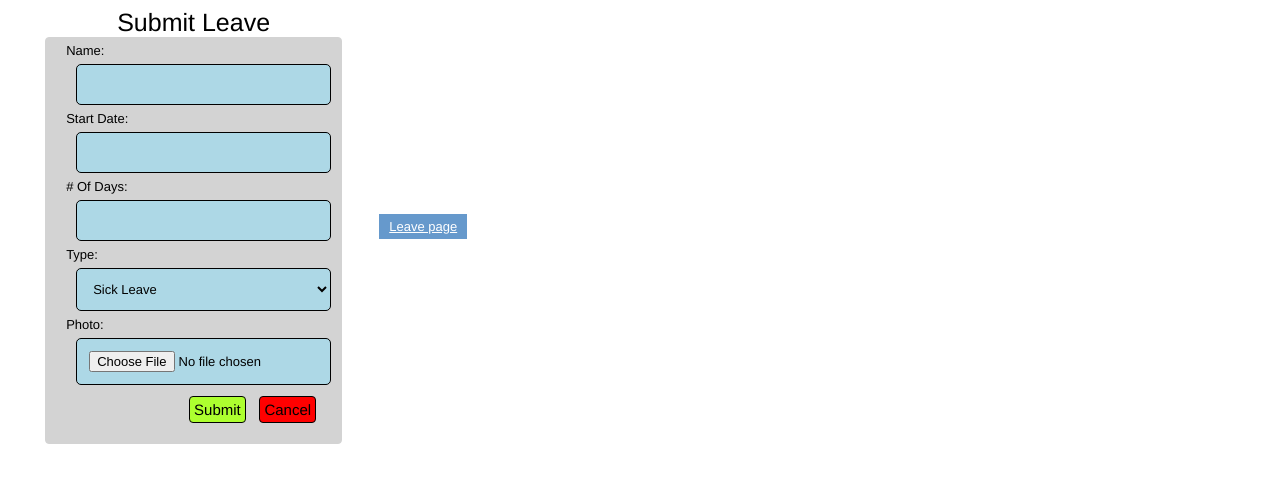
Repository: Murad71/BasicCRUD
Page: index.html
These files come from the project's save history. The page is drawn as it stood at one moment and after the next save; the edit follows.
The browser window is 1280 px wide. The pictures show the whole page.

Above is the page before, as saved 2023-04-18 20:23:35.

### index.html
<!DOCTYPE html>
<html lang="en">
  <head>
    <meta charset="UTF-8" />
    <meta http-equiv="X-UA-Compatible" content="IE=edge" />
    <meta name="viewport" content="width=device-width, initial-scale=1.0" />
    <link rel="stylesheet" href="index.css" />
    <title>Leave Request</title>
  </head>
  <body>
    <div class="flex1">
      <form id="form1">
        <header>Submit Leave</header>
        <div class="container">
          <label for="name">Name:</label>
          <input type="text" id="name" name="name" />
          <br />
          <label for="startdate">Start Date:</label>
          <input type="text" id="startdate" name="startdate" />
          <br />
          <label for="days"># Of Days:</label>
          <input type="text" id="days" name="days" />
          <br />
          <label for="leaves">Type:</label>
          <select id="leave" name="leaves" required>
            <option value="Sick leave">Sick Leave</option>
            <option value="Early leave">Early Leave</option>
            <option value="Vacation leave">Vacation Leave</option>
            <option value="Other">Other</option>
          </select>
          <br />
          <label for="photo">Photo:</label>
          <input type="file" id="photo" name="photo"/>
          <div class="button-container">
            <input type="submit" value="Submit" id="submitButton"/>
            <input type="reset" value="Cancel" class="cancel" />
          </div>
        </div>
      </form>
      <div class="anchorContainer">
        <a href="index1.html"> Leave page</a>
        <!--Added the hyperlink here-->
      </div>
    </div>
    <script src="script.js"></script>
  </body>
</html>

### index.css
* {
  box-sizing: border-box;
  font-family: "Franklin Gothic Medium", "Arial Narrow", Arial, sans-serif;
  font-size: small;
}

.flex1
{
  align-items: center;
  display: flex;
}

.container {
  background-color: lightgray;
  padding: 5px 20px 15px 20px;
  border: 1px solid lightgray;
  border-radius: 4px;
  /* display: flex;
  flex-direction: column; */
  margin: 0 auto;
  width: 80%;
}

header {
  font-size: 25px;
  text-align: center;
}

input[type="text"],
input[type="file"],
select,
textarea {
  width: 100%;
  padding: 12px;
  margin: 6px;
  border: 1px solid;
  border-radius: 5px;
  margin-left: 10px;
  background-color: lightblue;
}

.button-container {
  text-align: right;
}

input[type="submit"],
input[type="reset"] {
  font-size: 15px;
  border: 1px solid;
  margin: 5px;
  padding: 4px;
  background-color: greenyellow;
  border-radius: 4px;
}

input[type="reset"].cancel {
  background-color: red;
}

.anchorContainer {
  text-align: right;
}

a {
  display: inline-block;
  background: #69c;
  color: #fff;
  padding: 5px 10px;
}

### script.js
let storage=JSON.parse(localStorage.getItem('store')) || [];
let index=JSON.parse(localStorage.getItem('rIndex')) || null;
const submitButtonCatch=document.getElementById("submitButton");
const img= new Image();

//after clicking the submit button
submitButtonCatch.addEventListener("click",() =>{
    const form=document.getElementById("form1");
    let object={};
    let flag=true;

    object["id"]= Date.now();
    for(let i=0;i<form.length;i++)
    {
        if(form.elements[i].name=="photo")
        {
            object[form.elements[i].name]= img.src;
        }
        else
        {
            object[form.elements[i].name]=form.elements[i].value;
        }
        if(form.elements[i].value=='')
        {
            flag=false;
            alert("WARNING: Fill all the given Input correctly.");
            break;
        }
        if(form.elements[i].name=="days" && (form.elements[i].value>7 || form.elements[i].value<1))
        {
            flag=false;
            alert("WARNING: Enter a valid number for vacation");
            break;
        }
    }

    if(flag)
    {
        alert("Your data has been submitted Successfully!!");
        if(index!=null)
        {
            storage[index]=object;
            index=null;
        }
        else storage.push(object);


        localStorage.setItem('store',JSON.stringify(storage));
        localStorage.setItem('rIndex',JSON.stringify(index));
        form.reset();
    }
});


//base64 conversion
const fileEl= document.getElementById('photo');
fileEl.addEventListener('change', () =>{

    const fr= new FileReader();
    fr.readAsDataURL(fileEl.files[0]);

    fr.addEventListener('load', ()=>{

        const url= fr.result;
        img.src= url;

    });

});


console.log(storage);



// let submitButtonClicked=document.getElementById("submitButton");
// let indx=0;
// let flag= true;
// let obj={};

// submitButtonClicked.addEventListener('click',() =>{

//     const form= document.getElementById('form1');
//     obj["id"]= indx;
//     indx++;
//     for(let i=0; i<form.length; i++)
//     {
//         obj[form.elements[i].name]=form.elements[i].value;
//         if(form.elements[i].value=='')
//         {
//             flag=false;
//             alert("WARNING: Fill all the given Input correctly.");
//             break;
//         }
//         if(form.elements[i].name=="days" && (form.elements[i].value>7 || form.elements[i].value<1))
//         {
//             flag=false;
//             alert("WARNING: Enter a valid number for vacation");
//             break;
//         }
//     }

//     if(flag)
//     {
//         alert("Data entered successfully!");
//         insertData();
//     }

// });


// function intertData()
// {
//     const table = document.getElementsByClassName("tbody1")[0];
//           var row=document.createElement('tr');
//            row.innerHTML = `<td>${obj.name}</td>
//                 <td>${obj.startdate}</td>
//                 <td>${obj.days}</td>
//                 <td>${obj.leaves}</td>
//                 <td><img id="img" src=${obj.photo} alt=""></td>
//                 <td><a href="index.html" id="edit">Edit</a> <input type='button' value= 'Reject' name=${obj.id} id="reject"/></td>`;
//             table.appendChild(row);
// }

After the next save:
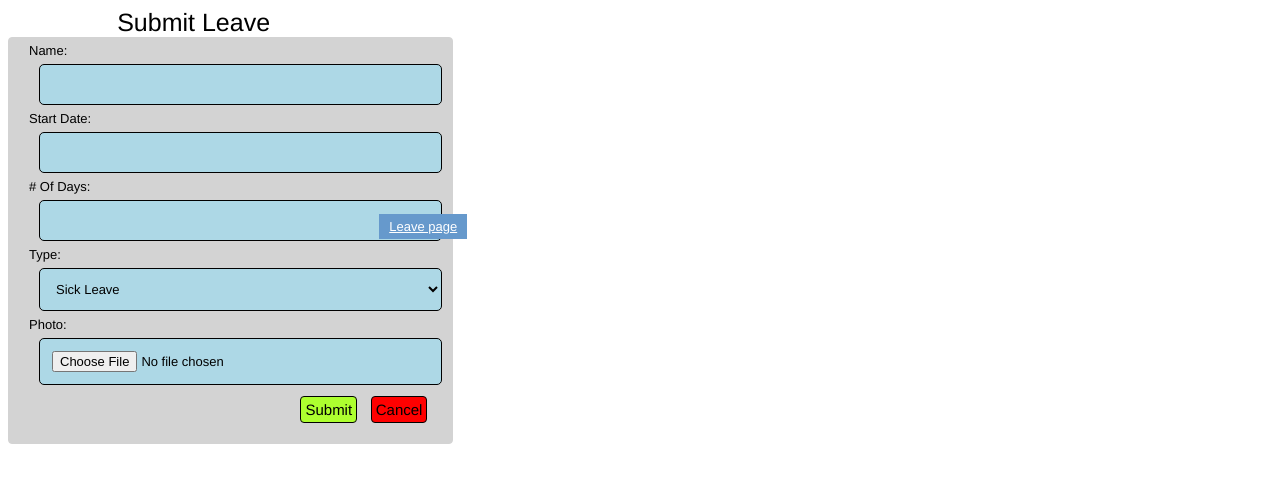
Saved 12 s later.
--- a/index.css
+++ b/index.css
@@ -18,7 +18,7 @@
   /* display: flex;
   flex-direction: column; */
   margin: 0 auto;
-  width: 80%;
+  width: 120%;
 }
 
 header {
